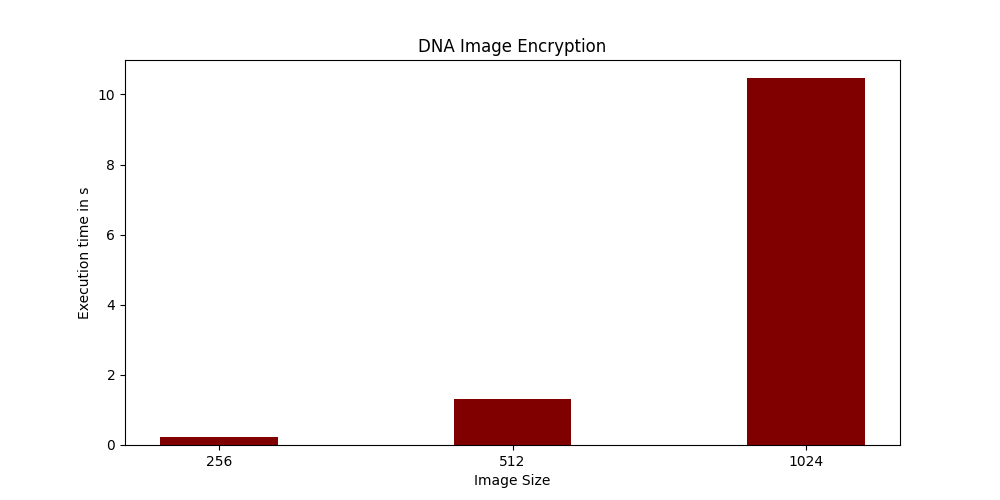
Repository: vishalsinghhh/DNA-cryptography-Project
Script's output: python DNA/Graphs.py
The author's editor kept a copy of each file at every save. The script's output is drawn from the files as they stood at one save, then again after the next save.
Random numbers start from a fixed seed.

Above is the script's output before, as saved 2023-04-11 11:04:35.

After the next save:
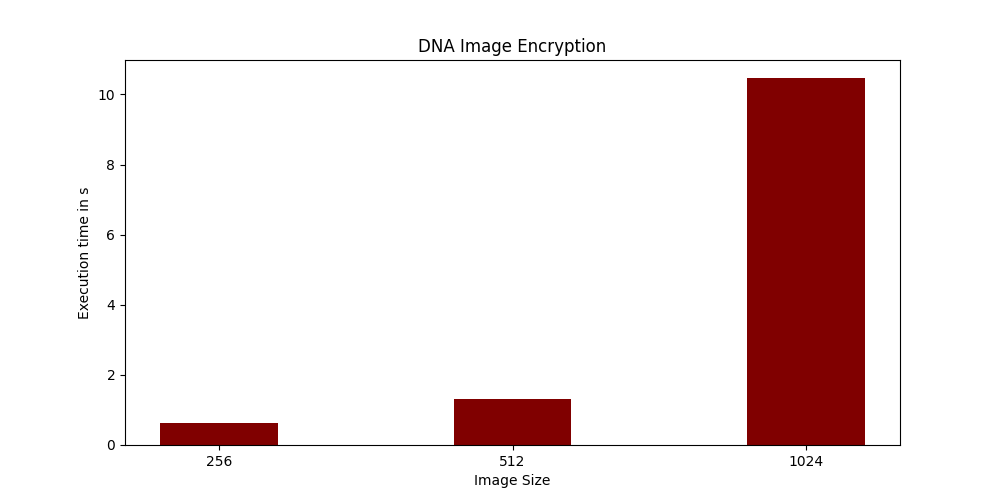
Saved 84 s later.
--- a/DNA/Graphs.py
+++ b/DNA/Graphs.py
@@ -3,7 +3,7 @@ import matplotlib.pyplot as plt
 
 
 # creating the dataset
-data = {'256':0.24, '512':1.31, '1024':10.46}
+data = {'256':0.63, '512':1.31, '1024':10.46}
 courses = list(data.keys())
 values = list(data.values())
 
